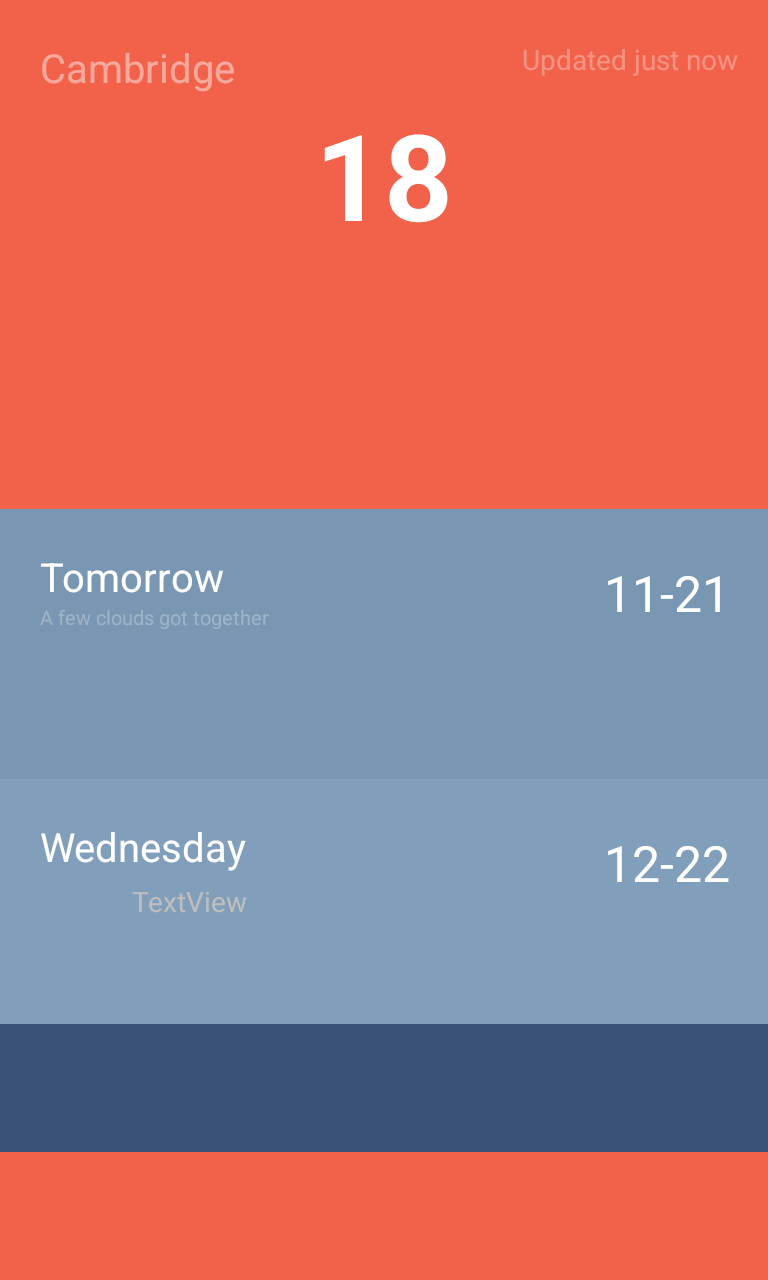
Repository: HarithaAmmuHari/Project
Layout: ExampleAnoop/res/layout/activity_main.xml
An editor plug-in stored every save of this project. The layout is shown before and after the next save, followed by the edit.
It is drawn on a 768 x 1280 px phone screen (xhdpi) without system bars, with theme android:Theme; the app's code is not run.

Above is the layout before, as saved 2015-01-24 05:45:26.

After the next save:
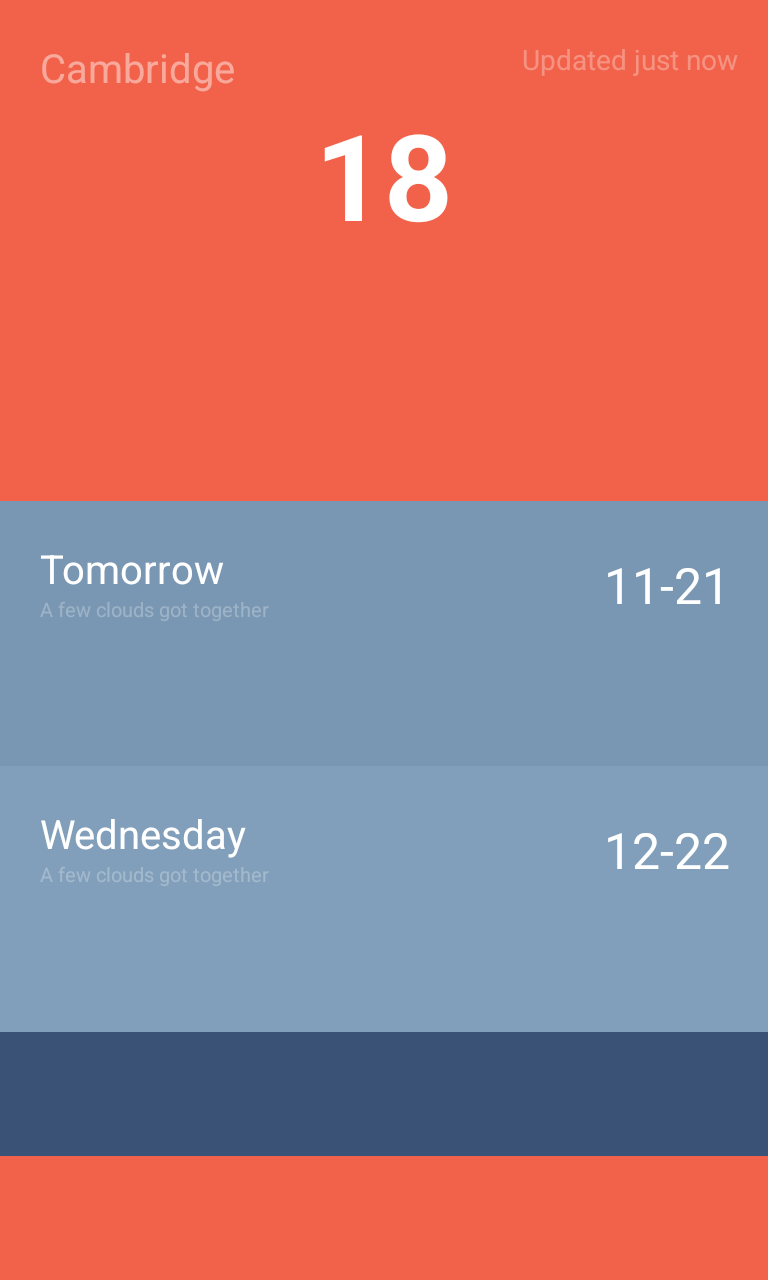
Saved 88 s later.
--- a/ExampleAnoop/res/layout/activity_main.xml
+++ b/ExampleAnoop/res/layout/activity_main.xml
@@ -113,9 +113,12 @@
             android:id="@+id/textView8"
             android:layout_width="wrap_content"
             android:layout_height="wrap_content"
-            android:layout_alignRight="@+id/textView7"
-            android:layout_centerVertical="true"
-            android:text="TextView" />
+            android:layout_below="@+id/textView7"
+          android:layout_marginBottom="10dp"
+            android:layout_marginLeft="20dp"
+            android:text="A few clouds got together"
+             android:textColor="#45ffffff"
+            android:textSize="10sp" />
 
         <TextView
             android:id="@+id/textView9"
